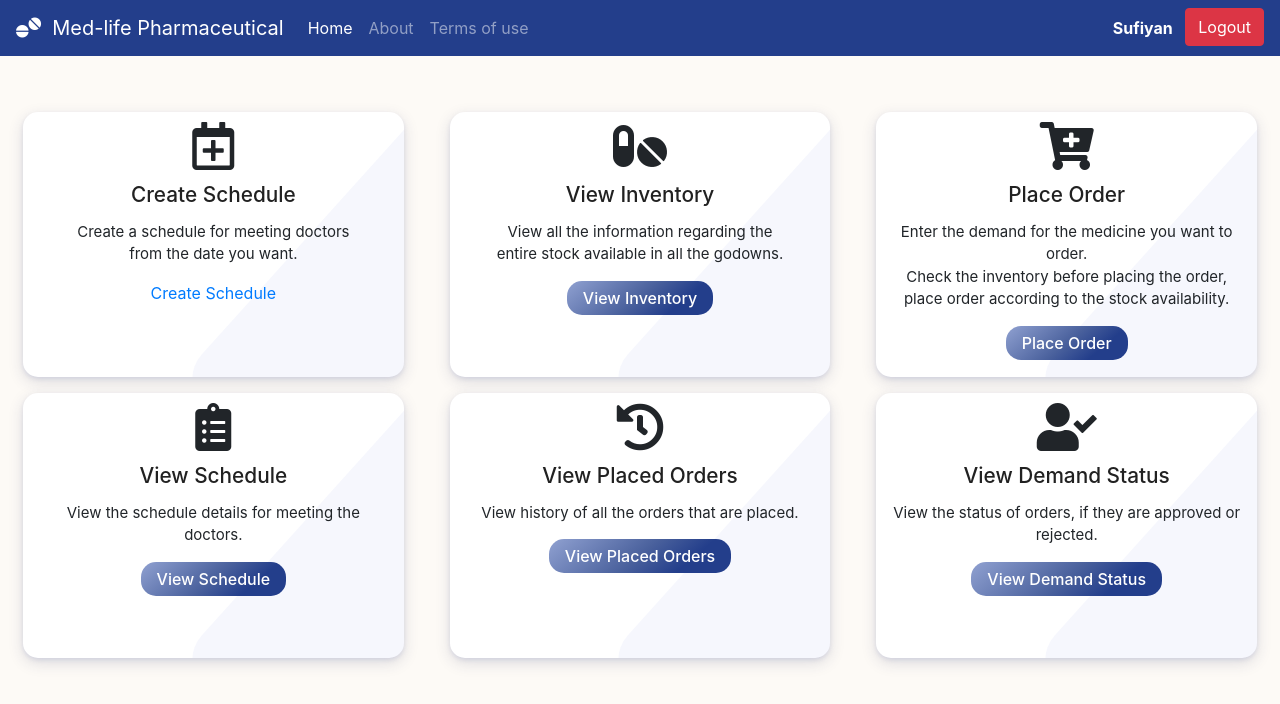
Repository: suffiyanshaikh01/Pharmacy-Project
Page: http://localhost/PharmacyMedicineSupply-WebPortal/WEB-INF/JSP/homepage.jsp
The author's editor kept a copy of each file at every save. The page is drawn from the files as they stood at one save, then again after the next save.
The browser window is 1280 px wide. The pictures show the whole page.
Some web libraries are served in a nearby version. The page is served by Tomcat 9. Nobody is signed in. Other server files are loaded and not shown. The template is opened directly, without the code that normally fills it, so the values that code supplies are empty.

Above is the page before, as saved 2021-05-31 12:06:18.

### PharmacyMedicineSupply-WebPortal/src/main/webapp/WEB-INF/JSP/homepage.jsp

<!DOCTYPE html>
<html>
<head>
<link rel="stylesheet" href="https://maxcdn.bootstrapcdn.com/bootstrap/4.3.1/css/bootstrap.min.css">
<link rel="stylesheet" href="https://use.fontawesome.com/releases/v5.12.1/css/all.css" crossorigin="anonymous">
<style type="text/css">
body{
	background-color: #fdfaf6;
}

.section_our_solution .row {
  align-items: center;
}

.our_solution_category {
  display: flex;
  flex-direction: row;
  flex-wrap: wrap;
}
.our_solution_category .solution_cards_box {
  display: flex;
  flex-direction: column;
  justify-content: center;

}
.solution_cards_box{
	align-content: center;
}



.solution_cards_box .solution_card {
  flex: 0 50%;
  /* background: #5bfae2; */
  background: white;
  box-shadow: 0 2px 4px 0 rgba(136, 144, 195, 0.2),
    0 5px 15px 0 rgba(37, 44, 97, 0.15);
  border-radius: 15px;
  margin: 8px;
  padding: 10px 15px;
  position:relative;
  z-index: 1;
  /* width: 160%; */
  text-align:center;
  overflow: hidden;
  min-height: 265px;
  transition: 0.7s;
}

.solution_cards_box .solution_card:hover {
  /* background: #309df0; */
  background: #1eae98;
  color: #fff;
  transform: scale(1.1);
  z-index: 9;
}

.solution_cards_box .solution_card:hover::before {
  background: rgb(85 108 214 / 10%);
}

.solution_cards_box .solution_card:hover .solu_title h3,
.solution_cards_box .solution_card:hover .solu_description p {
  color: #fff;
}

.solution_cards_box .solution_card:before {
  content: "";
  position: absolute;
  background: rgb(85 108 214 / 5%);
  width: 170px;
  height: 400px;
  z-index: -1;
  transform: rotate(42deg);
  right: -56px;
  top: -23px;
  border-radius: 35px;
}

.solution_cards_box .solution_card:hover .solu_description button {
  background: #fff !important;
  color: #233e8b;
}

.solution_card .so_top_icon {
}

.solution_card .solu_title h3 {
  color: #212121;
  font-size: 1.3rem;
  margin-top: 13px;
  margin-bottom: 13px;
}

.solution_card .solu_description p {
  font-size: 15px;
  margin-bottom: 15px;
}

.solution_card .solu_description button {
  border: 0;
  border-radius: 15px;
  background:

   linear-gradient(
    140deg,
    #90a1d1 0%,
    #49609c 50%,
    #233e8b 75%
  ) !important;
  color: #fff;
  font-weight: 500;
  font-size: 1rem;
  padding: 5px 16px;
}

.our_solution_content h1 {
  text-transform: capitalize;
  margin-bottom: 1rem;
  font-size: 2.5rem;
}
.our_solution_content p {
}

.hover_color_bubble {
  position: absolute;
  background: rgb(54 81 207 / 15%);
  width: 100rem;
  height: 100rem;
  left: 0;
  right: 0;
  z-index: -1;
  top: 16rem;
  border-radius: 50%;
  transform: rotate(-36deg);
  left: -18rem;
  transition: 0.7s;
}

.solution_cards_box .solution_card:hover .hover_color_bubble {
  top: 0rem;
}

.solution_cards_box .solution_card .so_top_icon {
  width: 60px;
  height: 60px;
  border-radius: 50%;
  background: #fff;
  overflow: hidden;
  display: flex;
  align-items:center;
  justify-content:center;
}

.solution_cards_box .solution_card .so_top_icon img {
  width: 40px;
  height: 50px;
  object-fit: contain;
}

/*start media query*/
@media screen and (min-width: 320px) {
  .sol_card_top_3 {
    position: relative;
    top: 0;
  }

  .our_solution_category {
    width: 100%;
    margin: 0 auto;
  }

  .our_solution_category .solution_cards_box {
    flex: auto;
  }
}
@media only screen and (min-width: 768px) {
  .our_solution_category .solution_cards_box {
    flex: 1;
  }
}
@media only screen and (min-width: 1024px) {
  .sol_card_top_3 {
    position: relative;
    top: -3rem;
  }
  .our_solution_category {
    width: 50%;
    margin: 0 auto;
  }
}
.navbar-custom{
	background: #233e8b;

}
</style>
<meta charset="ISO-8859-1">
<title>Homepage</title>
</head>
<body>

<!-- NAVBAR START-->

<nav class="navbar navbar-expand-lg  navbar-custom navbar-dark">
	<a class="navbar-brand" href="#"><i class="fas fa-tablets"></i>&nbsp;  Med-life Pharmaceutical</a>

	<div class="collapse navbar-collapse" id="navbarNav">
	  <ul class="navbar-nav">
		<li class="nav-item active">
		  <a class="nav-link" href="#">Home <span class="sr-only">(current)</span></a>
		</li>
		<li class="nav-item">
		  <a class="nav-link" href="#">About</a>
		</li>
		<li class="nav-item">
		  <a class="nav-link" href="#">Terms of use</a>
		</li>
	  </ul>
	</div>
	<ul class="navbar-nav navbar-right">
		<li class="nav-item active">
			<a href="#"> <a class="nav-link" href="#"><strong>Sufiyan</strong>&nbsp; <span class="sr-only">(current)</span></a>
		</li>
		<li><button class="btn btn-danger navbar-btn">Logout</button></li>
	  </ul>
  </nav>

  <br><br>
<!-- NAVBAR END -->


<div class="container-fluid">
	<div class="row">
		<div class="col ">
			<div class="solution_cards_box">

			<div class="solution_card">
			  <div class="hover_color_bubble"></div>
			  <div><i class="far fa-calendar-plus fa-3x"></i></i></div>
			  <div class="solu_title">
				<h3>Create Schedule</h3>
			  </div>
			  <div class="solu_description">
				<p>
				  Create a schedule for meeting doctors<br>
				   from the date you want.
				</p>
				<a type="button" class="read_more_btn" href="/giveRepScheduleDate.jsp">Create Schedule</a>
			  </div>
			</div>
		  </div></div>
		<div class="col">
			<div class="solution_cards_box">

				<div class="solution_card">
					<div class="hover_color_bubble"></div>
					<div><i class="fas fa-pills fa-3x"></i></div>
					<div class="solu_title">
					  <h3>View Inventory</h3>
					</div>
					<div class="solu_description">
					  <p>
						View all the information regarding the<br>entire stock available in all the godowns.
					  </p>
					  <button type="button" class="read_more_btn">View Inventory</button>
					</div>
				  </div>
			  </div>
		</div>
		<div class="col">
			<div class="solution_cards_box">

				<div class="solution_card">
					<div class="hover_color_bubble"></div>
					<div><i class="fas fa-cart-plus fa-3x"></i></div>
					<div class="solu_title">
					  <h3>Place Order</h3>
					</div>
					<div class="solu_description">
					  <p>
						Enter the demand for the medicine you want to order.<br>
						Check the inventory before placing the order, place order according to the stock availability.
					  </p>
					  <button type="button" class="read_more_btn">Place Order</button>
					</div>
				  </div>
			  </div>
		</div>
	</div>
	<div class="row">
		<div class="col ">
			<div class="solution_cards_box">

				<div class="solution_card">
					<div class="hover_color_bubble"></div>
					<div><i class="fas fa-clipboard-list fa-3x"></i></div>
					<div class="solu_title">
					  <h3>View Schedule</h3>
					</div>
					<div class="solu_description">
					  <p>
						View the schedule details for meeting the doctors.
					  </p>
					  <button type="button" class="read_more_btn">View Schedule</button>
					</div>
				  </div>
		  </div></div>
		<div class="col">
			<div class="solution_cards_box">

				<div class="solution_card">
					<div class="hover_color_bubble"></div>
					<div><i class="fas fa-history fa-3x"></i></div>
					<div class="solu_title">
					  <h3>View Placed Orders</h3>
					</div>
					<div class="solu_description">
					  <p>
						View history of all the orders that are placed.
					  </p>
					  <button type="button" class="read_more_btn">View Placed Orders</button>
					</div>
				  </div>
				</div>
		</div>
		<div class="col">
			<div class="solution_cards_box">

				<div class="solution_card">
					<div class="hover_color_bubble"></div>
					<div><i class="fas fa-user-check fa-3x"></i></div>
					<div class="solu_title">
					  <h3>View Demand Status</h3>
					</div>
					<div class="solu_description">
					  <p>
						View the status of orders, if they are approved or rejected.
					  </p>
					  <button type="button" class="read_more_btn">View Demand Status</button>
					</div>
				  </div>
			  </div>
		</div>
	</div>
</div>



</body>
</html>

After the next save:
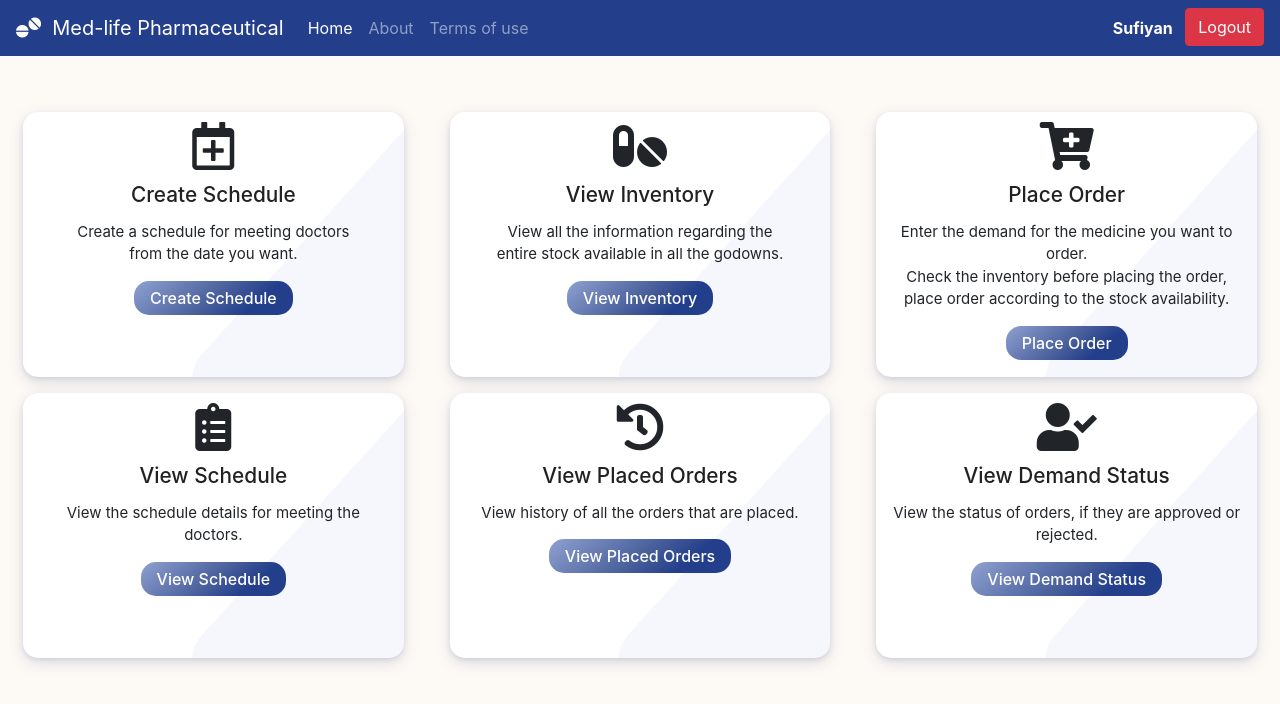
Saved 54 s later.
--- a/PharmacyMedicineSupply-WebPortal/src/main/webapp/WEB-INF/JSP/homepage.jsp
+++ b/PharmacyMedicineSupply-WebPortal/src/main/webapp/WEB-INF/JSP/homepage.jsp
@@ -246,7 +246,7 @@ body{
 				  Create a schedule for meeting doctors<br>
 				   from the date you want.
 				</p>
-				<a type="button" class="read_more_btn" href="/giveRepScheduleDate.jsp">Create Schedule</a>
+				<button type="button" class="read_more_btn" onclick="window.location.href='/giveRepScheduleDate.jsp'">Create Schedule</button>
 			  </div>
 			</div>
 		  </div></div>
